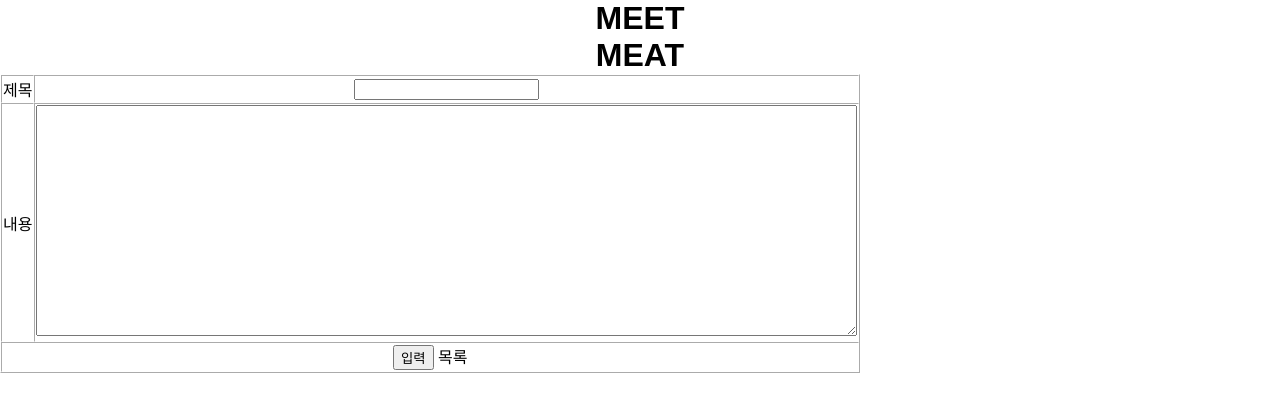
Repository: KOOBONMOO/koo
Page: http://localhost/portfolio/board/write.jsp
The author's editor kept a copy of each file at every save. The page is drawn from the files as they stood at one save, then again after the next save.
The browser window is 1280 px wide. The pictures show the whole page.
Some web fonts or font styles are not loaded; a fallback is used. The page is served by Tomcat 9.

Above is the page before, as saved 2020-11-17 02:54:12.

After the next save:
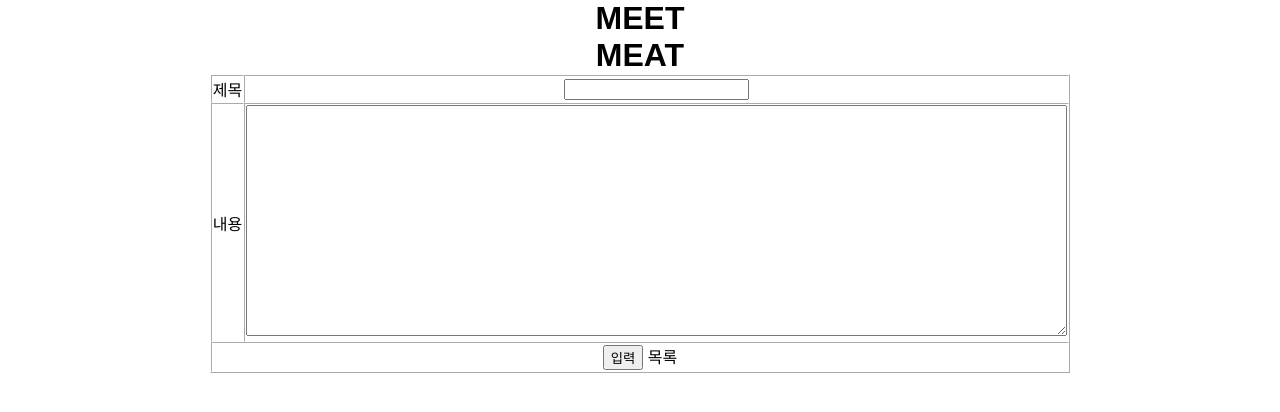
Saved 12 s later.
--- a/portfolio/WebContent/board/write.jsp
+++ b/portfolio/WebContent/board/write.jsp
@@ -17,7 +17,7 @@
 		<h1>MEET<br>MEAT</h1>
 	</a>
 	<form method="post" action="writeOK.do">
-	<div class="">
+	<div class="con">
 		<table border="1">
 			<tr>
 				<td>제목</td><td><input type="text" name="title" /></td>
